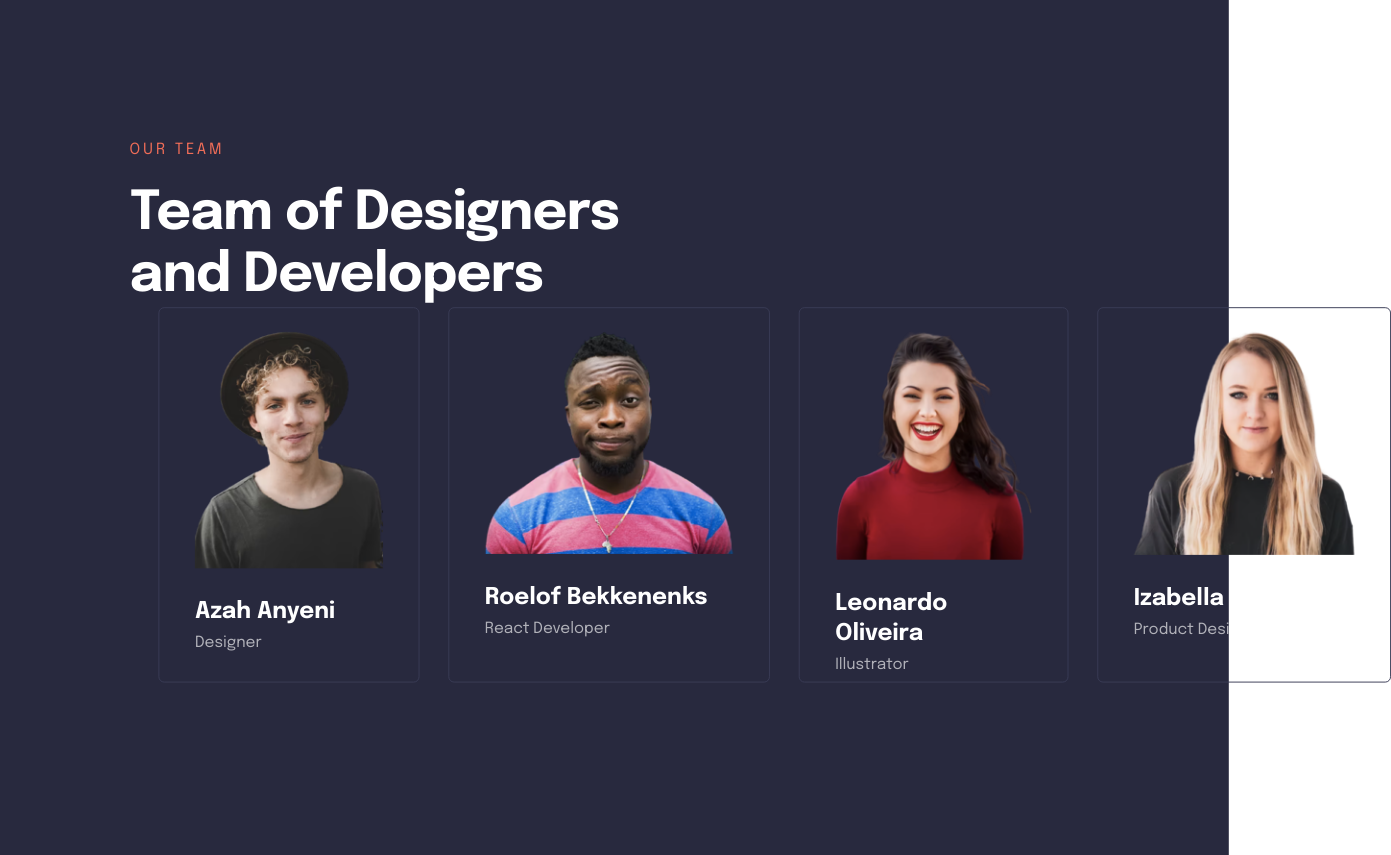
Repository: FaridRustamov09/task13
Page: index.html
An editor plug-in stored every save of this project. The page is shown before and after the next save, followed by the edit.
The browser window is 1280 px wide. The page is 1449 px wide, then 1343 px, so the pictures cover 1449 px, including what lies to the right of the window. The pictures show the whole page, at 96% of full size.

Above is the page before, as saved 2023-11-27 18:58:59.

After the next save:
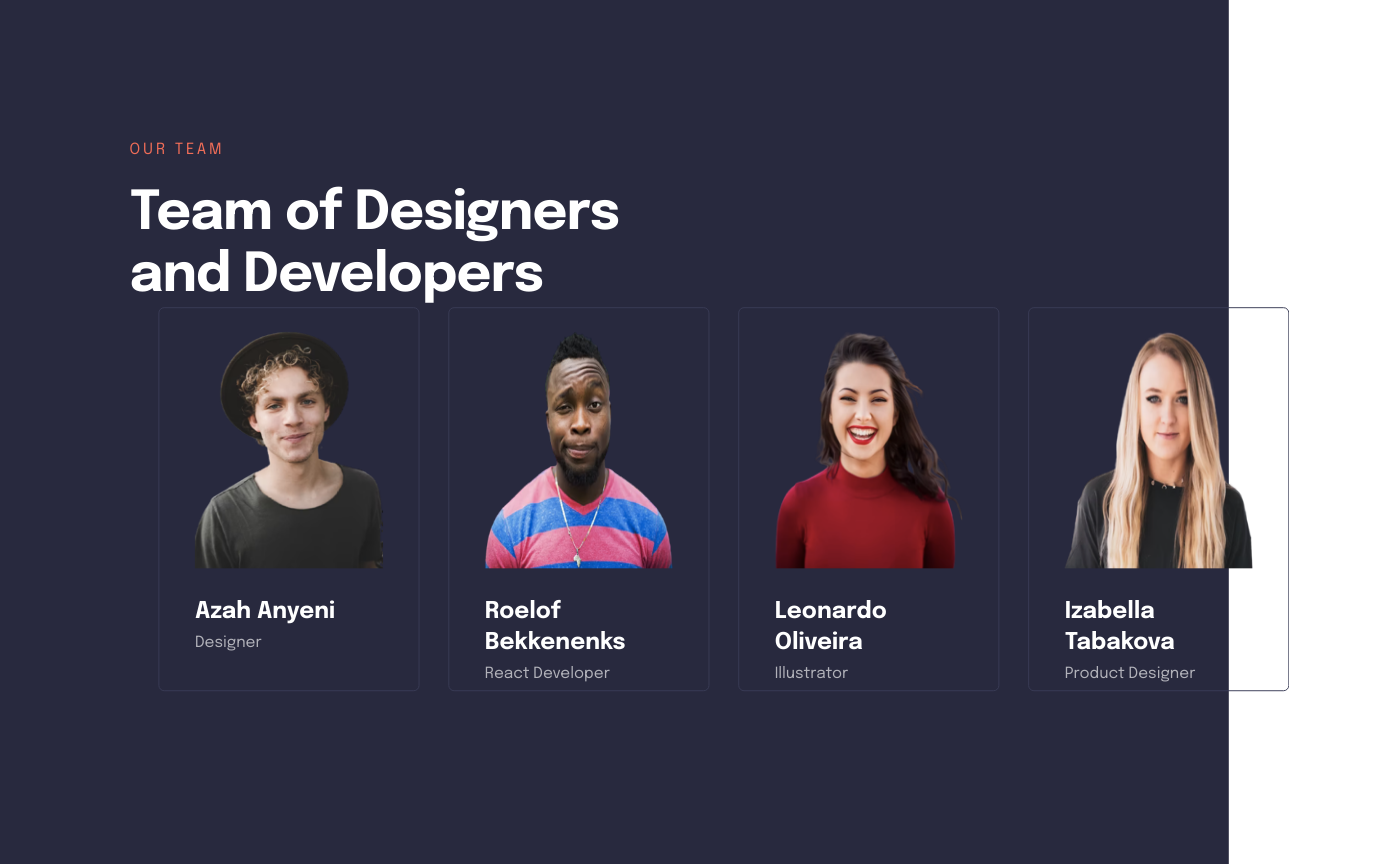
Saved 12 s later.
--- a/index.css
+++ b/index.css
@@ -41,7 +41,8 @@
   border: 1px solid #3a3c56;
 }
 img:first-child{
-
+  width: 196px;
+height: 247px;
 }
 
 .box-container .box h3 {
